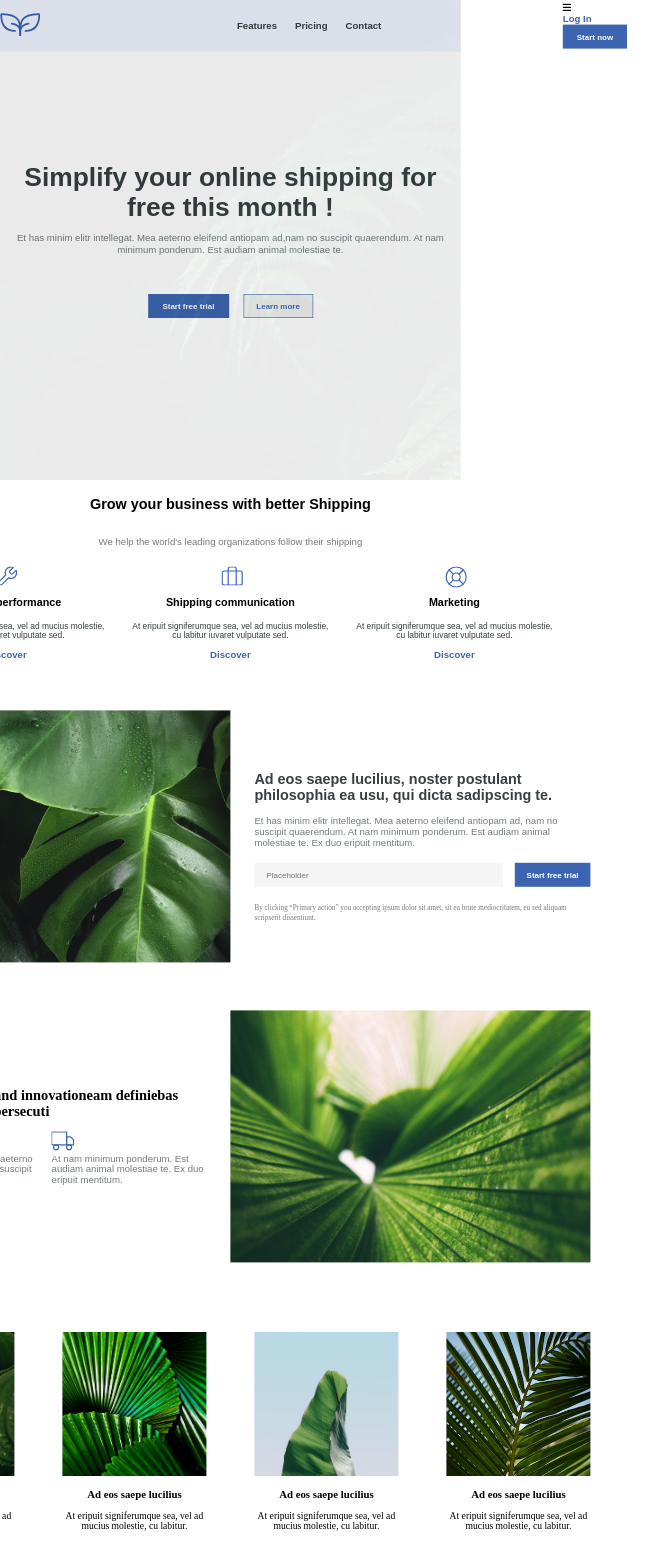
Repository: Mygit2001/LeTuSy_Test_Ecommage
Page: index.html
These files come from the project's save history. The page is drawn as it stood at one moment and after a run of saves; the edit follows.
The browser window is 768 px wide. The page is 1104 px wide, then 1045 px, so the pictures cover 1104 px, including what lies to the right of the window. The pictures show the whole page, at 60% of full size.
Some web fonts or font styles are not loaded; a fallback is used. Some web libraries are served in a nearby version.

Above is the page before, as saved 2023-02-15 22:19:05.

### index.html
<!DOCTYPE html>
<html lang="en">
  <head>
    <meta charset="UTF-8" />
    <meta http-equiv="X-UA-Compatible" content="IE=edge" />
    <meta name="viewport" content="width=device-width, initial-scale=1.0" />
    <link rel="stylesheet" href="./assets/css/base.css" />
    <link rel="stylesheet" href="./assets/css/index.css" />
    <link rel="stylesheet" href="./assets/js/index.js" />
    <link rel="stylesheet" href="./assets/css/responsive.css" />
    <link rel="preconnect" href="https://fonts.googleapis.com" />
    <link rel="preconnect" href="https://fonts.gstatic.com" crossorigin />
    <link href="https://fonts.google.com/specimen/Mulish" rel="stylesheet" />
    <link
      rel="stylesheet"
      href="https://cdnjs.cloudflare.com/ajax/libs/font-awesome/6.3.0/css/all.min.css"
      integrity="sha512-SzlrxWUlpfuzQ+pcUCosxcglQRNAq/DZjVsC0lE40xsADsfeQoEypE+enwcOiGjk/bSuGGKHEyjSoQ1zVisanQ=="
      crossorigin="anonymous"
      referrerpolicy="no-referrer"
    />
    <title>Ecommage test - Lê Tử Sỹ</title>
  </head>
  <body>
    <header>
      <nav class="navbar_header">
        <div class="logo navbar_header-item">
          <svg
            width="67"
            height="40"
            viewBox="0 0 67 40"
            fill="none"
            xmlns="http://www.w3.org/2000/svg"
          >
            <path
              d="M42.5147 30.5614C63.5719 30.5614 65.2682 12.6468 65.4038 4.13342C65.4051 3.90184 65.3598 3.67236 65.2708 3.45856C65.1818 3.24477 65.0508 3.051 64.8856 2.88873C64.7204 2.72646 64.5243 2.59898 64.3089 2.51384C64.0935 2.4287 63.8633 2.38762 63.6317 2.39305C33.7072 2.94264 33.7072 17.4504 33.7072 30.5614V37.6074"
              stroke="#3C64B1"
              stroke-width="3"
              stroke-linecap="round"
              stroke-linejoin="round"
            />
            <path
              d="M33.7072 30.5614C33.7072 30.5614 33.7072 19.9923 47.7992 18.2308"
              stroke="#3C64B1"
              stroke-width="3"
              stroke-linecap="round"
              stroke-linejoin="round"
            />
            <path
              d="M24.8891 30.5614C3.832 30.5614 2.13566 12.6468 2.00003 4.13342C1.99878 3.90184 2.04401 3.67236 2.13302 3.45856C2.22204 3.24477 2.35304 3.051 2.51827 2.88873C2.68349 2.72646 2.87959 2.59898 3.09496 2.51384C3.31033 2.4287 3.54058 2.38762 3.7721 2.39305C33.6967 2.94264 33.6967 17.4504 33.6967 30.5614V37.6074"
              stroke="#3C64B1"
              stroke-width="3"
              stroke-linecap="round"
              stroke-linejoin="round"
            />
            <path
              d="M33.6967 30.5614C33.6967 30.5614 33.6967 19.9923 19.6046 18.2308"
              stroke="#3C64B1"
              stroke-width="3"
              stroke-linecap="round"
              stroke-linejoin="round"
            />
          </svg>
        </div>
        <div class="navbar_header-item menu fw-600">
          <span>Features</span>
          <span>Pricing</span>
          <span>Contact</span>
        </div>
        <div class="navbar_header-item navitem-right">
          <span class="bar-icon" ><i class="fa-solid fa-bars"></i></span >
          <label class="fw-600">Log In</label>
          <button class="default-butn" style="width: 107px">Start now</button>
        </div>
      </nav>
    </header>
    <main class="container">
      <div class="main_intro">
        <div class="main_intro-content">
          <div class="main_intro-content-text">
            <span class="fw-700">Simplify your online shipping for </span>
            <span class="fw-700">free this month !</span>
            <p>
              Et has minim elitr intellegat. Mea aeterno eleifend antiopam
              ad,nam no suscipit quaerendum. At nam minimum ponderum. Est audiam
              animal molestiae te.
            </p>
          </div>
          <div class="main_intro-content-button">
            <button class="default-butn">Start free trial</button>
            <button class="default-butn2" style="">Learn more</button>
          </div>
        </div>
        <div class="main_intro-img"></div>
      </div>
      <div class="main_content">
        <div class="main_content-head">
          <div class="main_content-text">
            <h2>Grow your business with better Shipping</h2>
            <span
              >We help the world's leading organizations follow their
              shipping</span
            >
          </div>
          <div class="main_content-services">
            <div class="main_content-services-item">
              <div class="content_services-item-top">
                <div class="s-30">
                  <svg
                    width="33"
                    height="32"
                    viewBox="0 0 33 32"
                    fill="none"
                    xmlns="http://www.w3.org/2000/svg"
                  >
                    <path
                      d="M20.1376 7.79345C19.8484 8.08852 19.6864 8.48524 19.6864 8.89843C19.6864 9.31161 19.8484 9.70833 20.1376 10.0034L22.6633 12.5291C22.9584 12.8183 23.3551 12.9803 23.7683 12.9803C24.1814 12.9803 24.5782 12.8183 24.8732 12.5291L30.8243 6.57798C31.6181 8.33203 31.8584 10.2863 31.5133 12.1804C31.1682 14.0745 30.254 15.8185 28.8926 17.1799C27.5312 18.5412 25.7873 19.4554 23.8932 19.8005C21.9991 20.1456 20.0448 19.9053 18.2907 19.1115L7.38307 30.0192C6.75509 30.6472 5.90336 31 5.01527 31C4.12717 31 3.27544 30.6472 2.64746 30.0192C2.01948 29.3912 1.66669 28.5395 1.66669 27.6514C1.66669 26.7633 2.01948 25.9116 2.64746 25.2836L13.5551 14.3759C12.7614 12.6219 12.5211 10.6676 12.8662 8.77349C13.2113 6.87939 14.1254 5.13544 15.4868 3.77406C16.8482 2.41268 18.5922 1.49852 20.4863 1.15341C22.3804 0.808299 24.3347 1.04863 26.0887 1.84237L20.1534 7.77767L20.1376 7.79345Z"
                      stroke="#3C64B1"
                      stroke-width="2"
                      stroke-linecap="round"
                      stroke-linejoin="round"
                    />
                  </svg>
                </div>
                <div class="services-item-top-title fw-700">
                  Logistic performance
                </div>
                <span class="services-item-top-des"
                  >At eripuit signiferumque sea, vel ad mucius molestie, cu
                  labitur iuvaret vulputate sed.</span
                >
              </div>
              <div class="content_services-item-bot">
                <label class="services-item-bot-text fw-700">Discover</label>
              </div>
            </div>
            <div class="main_content-services-item">
              <div class="content_services-item-top">
                <div class="s-30">
                  <svg
                    width="36"
                    height="32"
                    viewBox="0 0 36 32"
                    fill="none"
                    xmlns="http://www.w3.org/2000/svg"
                  >
                    <path
                      d="M31.3334 7.66669H4.66671C2.82576 7.66669 1.33337 9.15907 1.33337 11V27.6667C1.33337 29.5076 2.82576 31 4.66671 31H31.3334C33.1743 31 34.6667 29.5076 34.6667 27.6667V11C34.6667 9.15907 33.1743 7.66669 31.3334 7.66669Z"
                      stroke="#3C64B1"
                      stroke-width="2"
                      stroke-linecap="round"
                      stroke-linejoin="round"
                    />
                    <path
                      d="M24.6667 31V4.33333C24.6667 3.44928 24.3155 2.60143 23.6904 1.97631C23.0653 1.35119 22.2174 1 21.3334 1H14.6667C13.7827 1 12.9348 1.35119 12.3097 1.97631C11.6846 2.60143 11.3334 3.44928 11.3334 4.33333V31"
                      stroke="#3C64B1"
                      stroke-width="2"
                      stroke-linecap="round"
                      stroke-linejoin="round"
                    />
                  </svg>
                </div>
                <div class="services-item-top-title fw-700">
                  Shipping communication
                </div>
                <span class="services-item-top-des"
                  >At eripuit signiferumque sea, vel ad mucius molestie, cu
                  labitur iuvaret vulputate sed.</span
                >
              </div>
              <div class="content_services-item-bot">
                <span class="services-item-bot-text fw-700">Discover</span>
              </div>
            </div>
            <div class="main_content-services-item">
              <div class="content_services-item-top">
                <div class="s-30">
                  <svg
                    width="36"
                    height="36"
                    viewBox="0 0 36 36"
                    fill="none"
                    xmlns="http://www.w3.org/2000/svg"
                  >
                    <path
                      d="M18.3334 34.3333C27.5382 34.3333 35.0001 26.8714 35.0001 17.6667C35.0001 8.46192 27.5382 1 18.3334 1C9.12867 1 1.66675 8.46192 1.66675 17.6667C1.66675 26.8714 9.12867 34.3333 18.3334 34.3333Z"
                      stroke="#3C64B1"
                      stroke-width="2"
                      stroke-linecap="round"
                      stroke-linejoin="round"
                    />
                    <path
                      d="M18.3334 24.3333C22.0153 24.3333 25.0001 21.3486 25.0001 17.6667C25.0001 13.9848 22.0153 11 18.3334 11C14.6515 11 11.6667 13.9848 11.6667 17.6667C11.6667 21.3486 14.6515 24.3333 18.3334 24.3333Z"
                      stroke="#3C64B1"
                      stroke-width="2"
                      stroke-linecap="round"
                      stroke-linejoin="round"
                    />
                    <path
                      d="M6.55005 5.8833L13.6167 12.95"
                      stroke="#3C64B1"
                      stroke-width="2"
                      stroke-linecap="round"
                      stroke-linejoin="round"
                    />
                    <path
                      d="M23.0502 22.3834L30.1168 29.4501"
                      stroke="#3C64B1"
                      stroke-width="2"
                      stroke-linecap="round"
                      stroke-linejoin="round"
                    />
                    <path
                      d="M23.0502 12.95L30.1168 5.8833"
                      stroke="#3C64B1"
                      stroke-width="2"
                      stroke-linecap="round"
                      stroke-linejoin="round"
                    />
                    <path
                      d="M23.0502 12.9499L28.9335 7.06659"
                      stroke="#3C64B1"
                      stroke-width="2"
                      stroke-linecap="round"
                      stroke-linejoin="round"
                    />
                    <path
                      d="M6.55005 29.4501L13.6167 22.3834"
                      stroke="#3C64B1"
                      stroke-width="2"
                      stroke-linecap="round"
                      stroke-linejoin="round"
                    />
                  </svg>
                </div>

                <div class="services-item-top-title fw-700">Marketing</div>
                <span class="services-item-top-des"
                  >At eripuit signiferumque sea, vel ad mucius molestie, cu
                  labitur iuvaret vulputate sed.</span
                >
              </div>
              <div class="content_services-item-bot">
                <span class="services-item-bot-text fw-700">Discover</span>
              </div>
            </div>
          </div>
        </div>
        <div class="main_content-block1 main_content-block">
          <div class="content_block1-img cus-bgImg"></div>
          <div class="content_block1-des">
            <div class="content_block1-text">
              <h2>
                Ad eos saepe lucilius, noster postulant philosophia ea usu, qui
                dicta sadipscing te.
              </h2>
              <p>
                Et has minim elitr intellegat. Mea aeterno eleifend antiopam ad,
                nam no suscipit quaerendum. At nam minimum ponderum. Est audiam
                animal molestiae te. Ex duo eripuit mentitum.
              </p>
            </div>
            <div class="content_block1-func">
              <div class="content_block1-func-bi">
                <input
                  type="text"
                  placeholder="Placeholder"
                  class="input-ctb1"
                />
                <button class="default-butn">Start free trial</button>
              </div>
              <div>
                <p class="block1-lt">
                  By clicking “Primary action” you accepting ipsum dolor sit
                  amet, sit ea brute mediocritatem, eu sed aliquam scripserit
                  dissentiunt.
                </p>
              </div>
            </div>
          </div>
        </div>
        <div class="main_content-block2 main_content-block">
          <div class="content_block2-des">
            <div class="content_block2-text">
              <h2>
                Fostering creativity and innovationeam definiebas reformidans,
                exerci persecuti
              </h2>
            </div>
            <div class="content_block2-wrap-item">
              <div class="content_block2-item">
                <div>
                  <svg
                    width="28"
                    height="32"
                    viewBox="0 0 28 32"
                    fill="none"
                    xmlns="http://www.w3.org/2000/svg"
                  >
                    <path
                      d="M26.8951 21.2487V9.29534C26.8945 8.77129 26.7562 8.2566 26.494 7.8029C26.2317 7.3492 25.8548 6.97244 25.4009 6.71042L14.9417 0.733736C14.4874 0.471454 13.9721 0.333374 13.4475 0.333374C12.923 0.333374 12.4077 0.471454 11.9534 0.733736L1.49417 6.71042C1.04034 6.97244 0.663382 7.3492 0.401127 7.8029C0.138872 8.2566 0.000537516 8.77129 0 9.29534V21.2487C0.000537516 21.7728 0.138872 22.2874 0.401127 22.7411C0.663382 23.1948 1.04034 23.5716 1.49417 23.8336L11.9534 29.8103C12.4077 30.0726 12.923 30.2107 13.4475 30.2107C13.9721 30.2107 14.4874 30.0726 14.9417 29.8103L25.4009 23.8336C25.8548 23.5716 26.2317 23.1948 26.494 22.7411C26.7562 22.2874 26.8945 21.7728 26.8951 21.2487Z"
                      stroke="#3C64B1"
                      stroke-width="2"
                      stroke-linecap="round"
                      stroke-linejoin="round"
                    />
                    <path
                      d="M0.403427 7.74158L13.4475 15.2871L26.4917 7.74158"
                      stroke="#3C64B1"
                      stroke-width="2"
                      stroke-linecap="round"
                      stroke-linejoin="round"
                    />
                    <path
                      d="M13.4475 30.3333V15.2721"
                      stroke="#3C64B1"
                      stroke-width="2"
                      stroke-linecap="round"
                      stroke-linejoin="round"
                    />
                  </svg>
                </div>
                <div class="content_block2-item-text">
                  has minim elitr intellegat. Mea aeterno eleifend antiopam ad,
                  nam no suscipit quaerendum.
                </div>
              </div>
              <div class="content_block2-item">
                <div>
                  <svg
                    width="38"
                    height="32"
                    viewBox="0 0 38 32"
                    fill="none"
                    xmlns="http://www.w3.org/2000/svg"
                  >
                    <path
                      d="M25 0.333374H0V22H25V0.333374Z"
                      stroke="#3C64B1"
                      stroke-width="2"
                      stroke-linecap="round"
                      stroke-linejoin="round"
                    />
                    <path
                      d="M25 8.66663H31.6666L36.6666 13.6666V21.9999H25V8.66663Z"
                      stroke="#3C64B1"
                      stroke-width="2"
                      stroke-linecap="round"
                      stroke-linejoin="round"
                    />
                    <path
                      d="M7.49997 30.3333C9.80116 30.3333 11.6666 28.4678 11.6666 26.1667C11.6666 23.8655 9.80116 22 7.49997 22C5.19879 22 3.33331 23.8655 3.33331 26.1667C3.33331 28.4678 5.19879 30.3333 7.49997 30.3333Z"
                      stroke="#3C64B1"
                      stroke-width="2"
                      stroke-linecap="round"
                      stroke-linejoin="round"
                    />
                    <path
                      d="M29.1666 30.3333C31.4678 30.3333 33.3333 28.4678 33.3333 26.1667C33.3333 23.8655 31.4678 22 29.1666 22C26.8654 22 25 23.8655 25 26.1667C25 28.4678 26.8654 30.3333 29.1666 30.3333Z"
                      stroke="#3C64B1"
                      stroke-width="2"
                      stroke-linecap="round"
                      stroke-linejoin="round"
                    />
                  </svg>
                </div>
                <div class="content_block2-item-text">
                  At nam minimum ponderum. Est audiam animal molestiae te. Ex
                  duo eripuit mentitum.
                </div>
              </div>
            </div>
          </div>
          <div class="content_block2-img cus-bgImg"></div>
        </div>
        <div class="main_content-foot">
          <div class="main_content-foot-item">
            <div class="content-foot-item-img1 wh-img-foot cus-bgImg"></div>
            <div class="content-foot-item-text">
              <span class="fw-700 fs-18">Ad eos saepe lucilius</span>
              <p>
                At eripuit signiferumque sea, vel ad mucius molestie, cu
                labitur.
              </p>
            </div>
          </div>
          <div class="main_content-foot-item">
            <div class="content-foot-item-img2 wh-img-foot cus-bgImg"></div>
            <div class="content-foot-item-text">
              <span class="fw-700 fs-18">Ad eos saepe lucilius</span>
              <p>
                At eripuit signiferumque sea, vel ad mucius molestie, cu
                labitur.
              </p>
            </div>
          </div>
          <div class="main_content-foot-item">
            <div class="content-foot-item-img3 wh-img-foot cus-bgImg"></div>
            <div class="content-foot-item-text">
              <span class="fw-700 fs-18">Ad eos saepe lucilius</span>
              <p>
                At eripuit signiferumque sea, vel ad mucius molestie, cu
                labitur.
              </p>
            </div>
          </div>
          <div class="main_content-foot-item">
            <div class="content-foot-item-img4 wh-img-foot cus-bgImg"></div>
            <div class="content-foot-item-text">
              <span class="fw-700 fs-18">Ad eos saepe lucilius</span>
              <p>
                At eripuit signiferumque sea, vel ad mucius molestie, cu
                labitur.
              </p>
            </div>
          </div>
        </div>
      </div>
    </main>
  </body>
</html>

### assets/css/base.css
body {
  padding: 0;
  margin: 0;
  box-sizing: border-box;
}
header {
}
.default-butn {
  text-align: center;
  padding: 10px 10px;
  width: 135px;
  height: 40px;
  color: #fff;
  font-family: "Mulish", sans-serif;
  outline: none;
  border: none;
  font-weight: 700;
  background-color: #3c64b1;
}
.default-butn2 {
  text-align: center;
  padding: 10px 20px;
  width: 116px;
  height: 40px;
  border: 1px solid #3c64b1;
  color: #3C64B1;
  font-weight: 600;
  font-family: "Mulish", sans-serif;
}
.s-30 {
    width: 30px;
    height: 30px;
}
.cus-bgImg {
  flex: none;
  flex-grow: 0;
  background-size: cover;
  background-repeat: no-repeat;
}
.fw-600 {
  font-weight: 600;
}
.fw-700 {
  font-weight: 700;
}
.fs-18 {
  font-size: 18px;
}

### assets/css/responsive.css
/* PC */
@media(min-width:64em){
    .bar-icon {
        display: none;
    }

}


/* mobile */
@media(max-width:46.1875em) {
    .row {
        display: block;
    }
    .col-sm-12 {
        width: 100%;
    }
    .col-sm-6 {
        width: 50%;
    }
    .menu,.navitem-right {
        display:none;
    }
}

/* Tablet */
@media(min-width:46.25em) and (max-width:63.9375em){


}

 /* mobile and tablet */
@media(max-width:63.9375em) {
    .bar-icon {
        display: block !important;
    }
    .navbar_header {
        width: 100%;
    }
    .container, .main-intro, .main-intro-content {
        width: 100%;
    }
}

Loaded but not shown: assets/css/index.css (308 lines, source omitted); assets/js/index.js (no stored copy; drawn as an empty file)

After the next 2 saves:
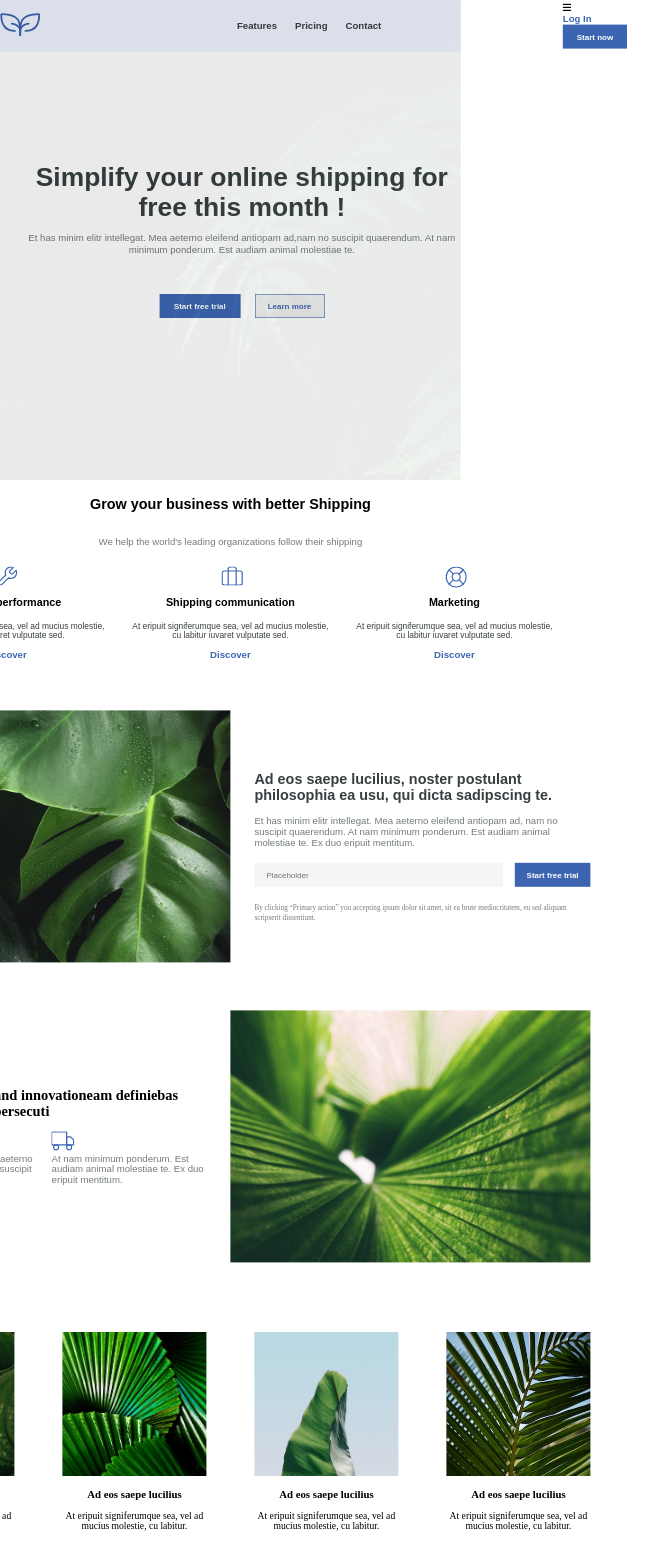
The 2 saves are shown as one change because they came seconds apart.
The last was saved 78 s later.
--- a/assets/css/responsive.css
+++ b/assets/css/responsive.css
@@ -37,7 +37,7 @@
     .navbar_header {
         width: 100%;
     }
-    .container, .main-intro, .main-intro-content {
+    .container, .main_intro, .main_intro-content {
         width: 100%;
     }
 }
